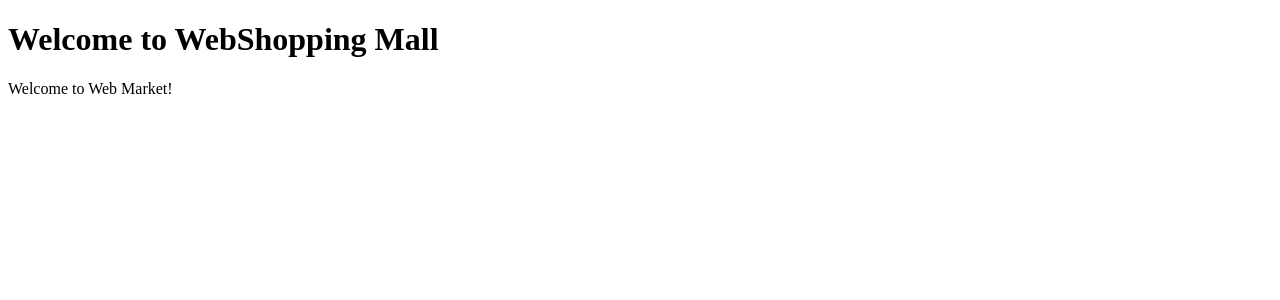
Repository: ckd0523/JSPWORK
Page: http://localhost/WebMarket/Welcome.jsp
The author's editor kept a copy of each file at every save. The page is drawn from the files as they stood at one save, then again after the next save.
The browser window is 1280 px wide. The pictures show the whole page.
The page is served by Tomcat 9. Nobody is signed in. The application's start-up code is not run. Other server files are loaded and not shown.

Above is the page before, as saved 2024-02-19 02:45:40.

### WebMarket/src/main/webapp/Welcome.jsp
<%@ page language="java" contentType="text/html; charset=EUC-KR"
    pageEncoding="EUC-KR"%>
<!DOCTYPE html>
<html>
<head>
<meta charset="EUC-KR">
<title>Insert title here</title>
</head>
<body>
	<h1>Welcome to WebShopping Mall</h1>
	Welcome to Web Market!
</body>
</html>

After the next save:
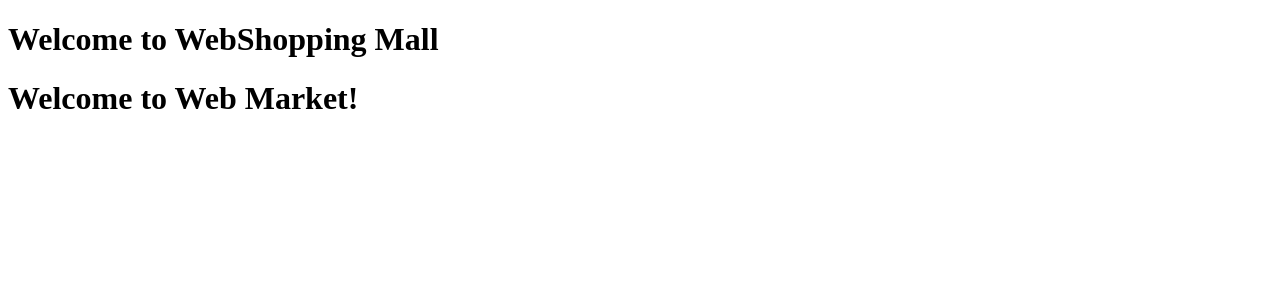
Saved 5 min 40 s later.
--- a/WebMarket/src/main/webapp/Welcome.jsp
+++ b/WebMarket/src/main/webapp/Welcome.jsp
@@ -7,7 +7,11 @@
 <title>Insert title here</title>
 </head>
 <body>
-	<h1>Welcome to WebShopping Mall</h1>
-	Welcome to Web Market!
+
+	<%! String greeting = "Welcome to WebShopping Mall";
+		String tagline = "Welcome to Web Market!"; %>
+	<h1><%= greeting %></h1>
+	<h1><%= tagline %></h1>
+
 </body>
 </html>
